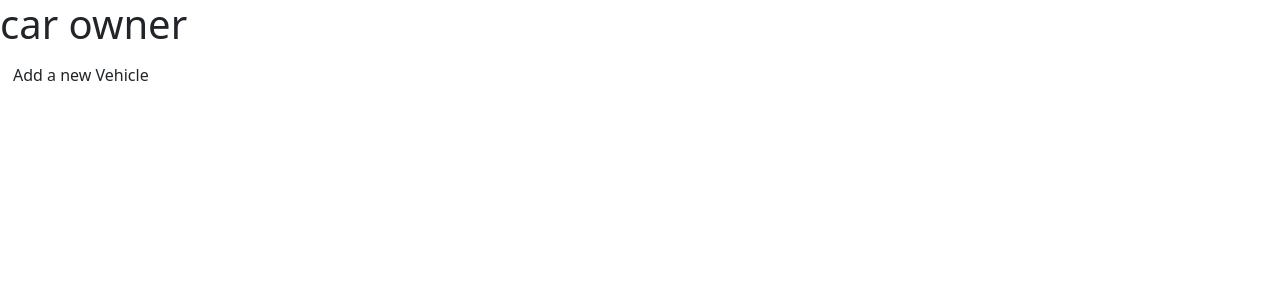
Repository: VimashaVishvani/VehicleRental
Page: http://localhost/Vehicle_rentalDb/carOwner.jsp
The author's editor kept a copy of each file at every save. The page is drawn from the files as they stood at one save, then again after the next save.
The browser window is 1280 px wide. The pictures show the whole page.
The page is served by Tomcat 9.

Above is the page before, as saved 2024-05-06 20:17:33.

After the next save:
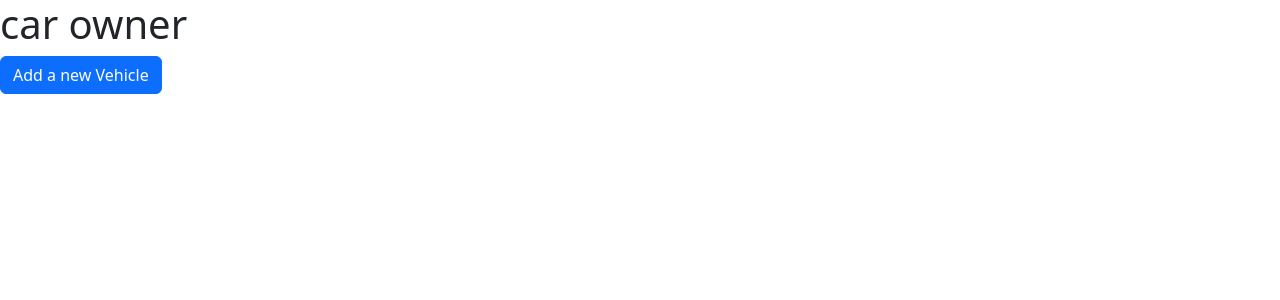
Saved 25 s later.
--- a/Vehicle_rentalDb/src/main/webapp/carOwner.jsp
+++ b/Vehicle_rentalDb/src/main/webapp/carOwner.jsp
@@ -12,7 +12,7 @@
 
 <h1>car owner</h1>
 
-<form action=""><button type="submit"  class="btn">Add a new Vehicle</button></form>
+<form action=""><button type="submit"  class="btn btn-primary">Add a new Vehicle</button></form>
 
 </body>
 </html>
